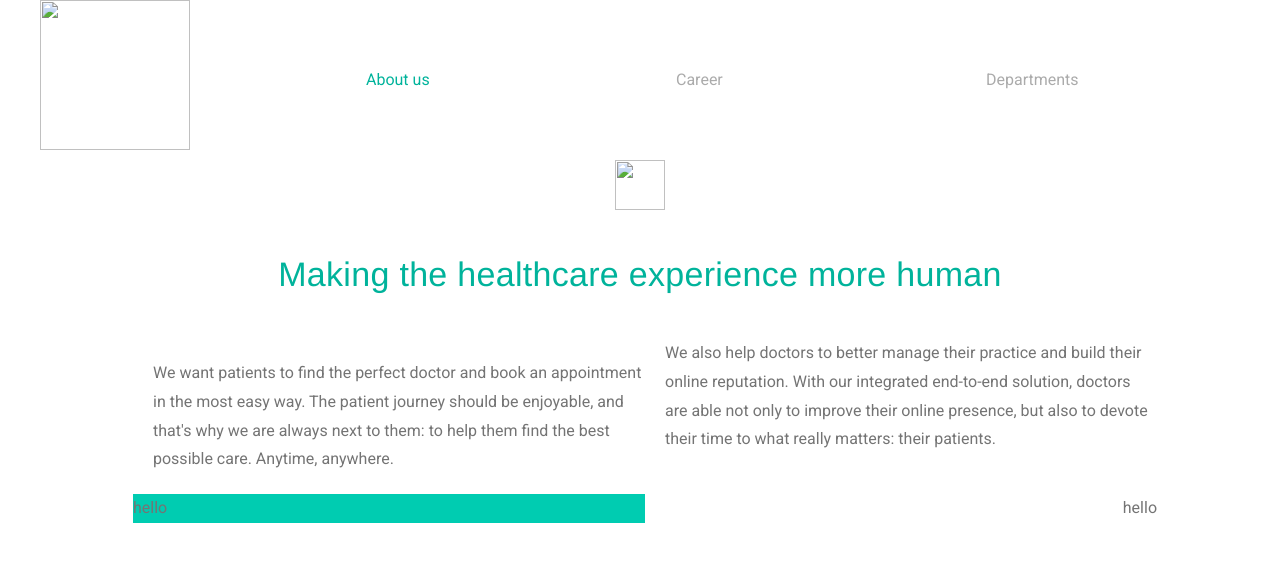
Repository: Hassanine-jaouadi/docplanner
Page: doc-panner.html
An editor plug-in stored every save of this project. The page is shown before and after the next save, followed by the edit.
The browser window is 1280 px wide. The pictures show the whole page.
Some web libraries are served in a nearby version.

Above is the page before, as saved 2020-01-17 11:00:47.

After the next save:
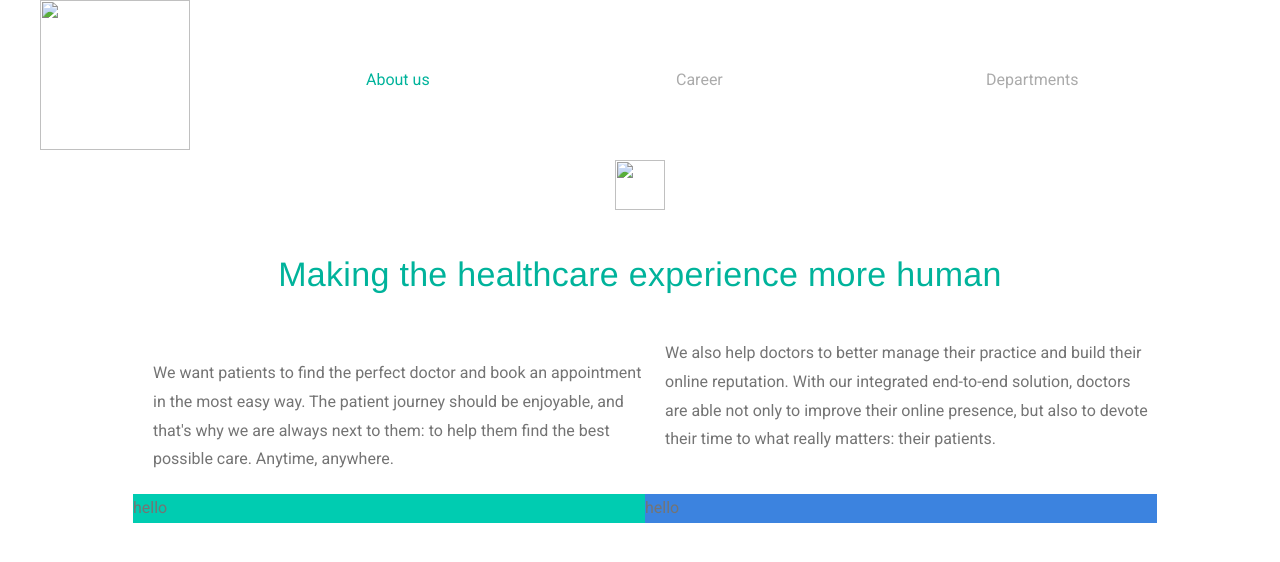
Saved 40 s later.
--- a/style.css
+++ b/style.css
@@ -128,3 +128,9 @@ body {
     width: 50%;
     background-color: #00ccb1;
  }
+
+ .box-for-doctors {
+    width: 50%;
+    width: 50%;
+    background-color: #3c83df;
+ }
